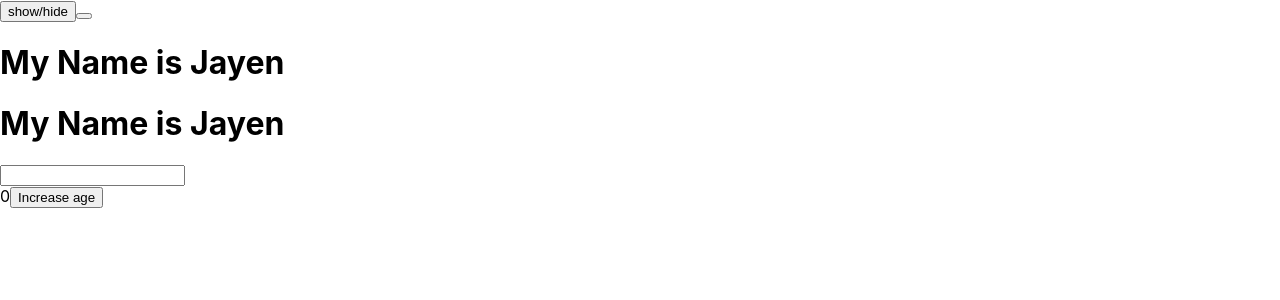
Repository: iamjayenmthakuri/todolist
Page: /
These files come from the project's save history. The page is drawn as it stood at one moment and after the next save; the edit follows.
The browser window is 1280 px wide. The pictures show the whole page.
The project was rebuilt for these pictures with package versions that can differ from the ones it lists, and the page was loaded fresh each time.

Above is the page before, as saved 2022-09-18 23:30:15.

### src/App.js
import React,{useState} from 'react';

function App() {
  const [showText,setShowText]=useState(true);

  const [age,setAge] =useState(0);
  const increaseAge =()=>{
    setAge(age+1);
  }
const [inputValue,setInputValue]=useState("");

const handleInputChange =(event)=>{
  setInputValue(event.target.value);
}
const [textColor,setTextColor]=useState("red");
  return (
  <><button onClick={()=>{
    setShowText(!showText);}}>
      show/hide
      </button>
<button onClick={()=>
{setTextColor(textColor==="black" ? "red" :"green");
}}>


</button>
      <h1>My Name is Jayen</h1>
  {showText && <h1>My Name is Jayen</h1>}

  <input type="text" onChange={handleInputChange} />
  {inputValue}

<div>
    {age}
    <button onClick={increaseAge}>Increase age</button>
    </div>
    </>
  );
}

export default App;

Loaded but not shown: public/index.html (common file); src/index.js (common file); src/index.css (common file); src/reportWebVitals.js (common file)

After the next save:
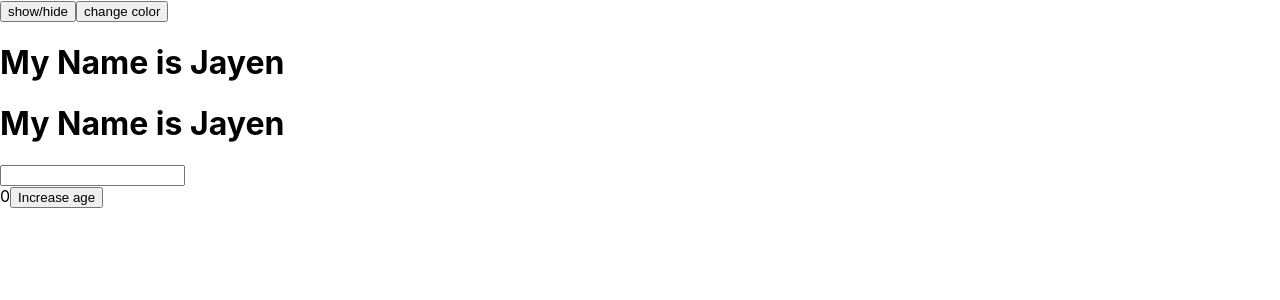
Saved 29 s later.
--- a/src/App.js
+++ b/src/App.js
@@ -20,7 +20,7 @@ const [textColor,setTextColor]=useState("red");
       </button>
 <button onClick={()=>
 {setTextColor(textColor==="black" ? "red" :"green");
-}}>
+}}>change color
 
 
 </button>
